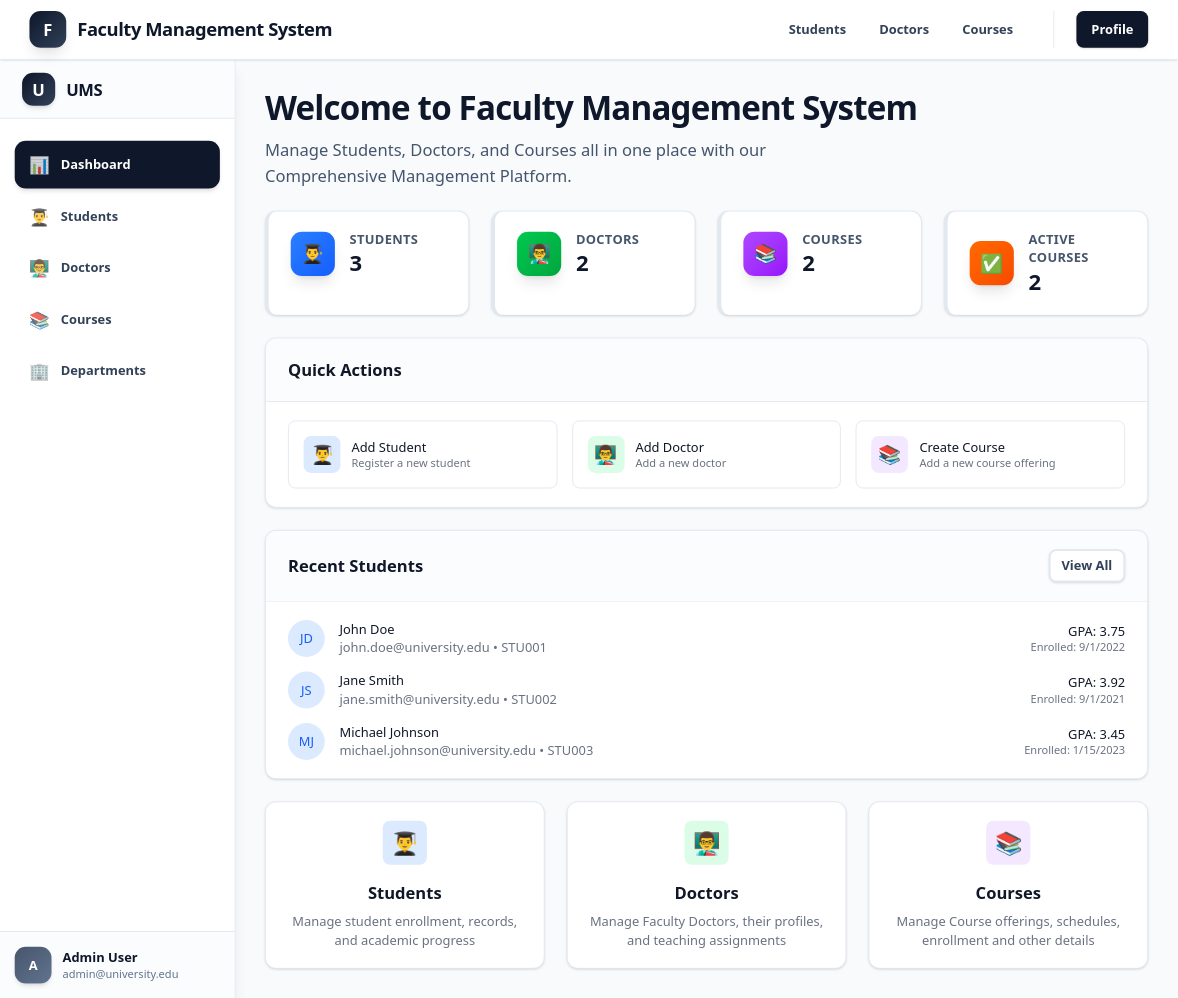
Repository: Mohamedmohsen179/Advanced-DB-Task
Page: / (app in frontend/)
These files come from the project's save history. The page is drawn as it stood at one moment and after the next save; the edit follows.
The browser window is 1280 px wide. The pictures show the whole page, at 92% of full size.
The page's requests for data from a server got no answer. The project was rebuilt for these pictures with package versions that can differ from the ones it lists, and the page was loaded fresh each time. The framework's server and built-in components were replaced by stand-ins that run in the browser. No one was signed in, and anything a server would have sent is missing. Also part of the build but not shown: frontend/next.config.ts.

Above is the page before, as saved 2025-11-28 20:07:30.

After the next save:
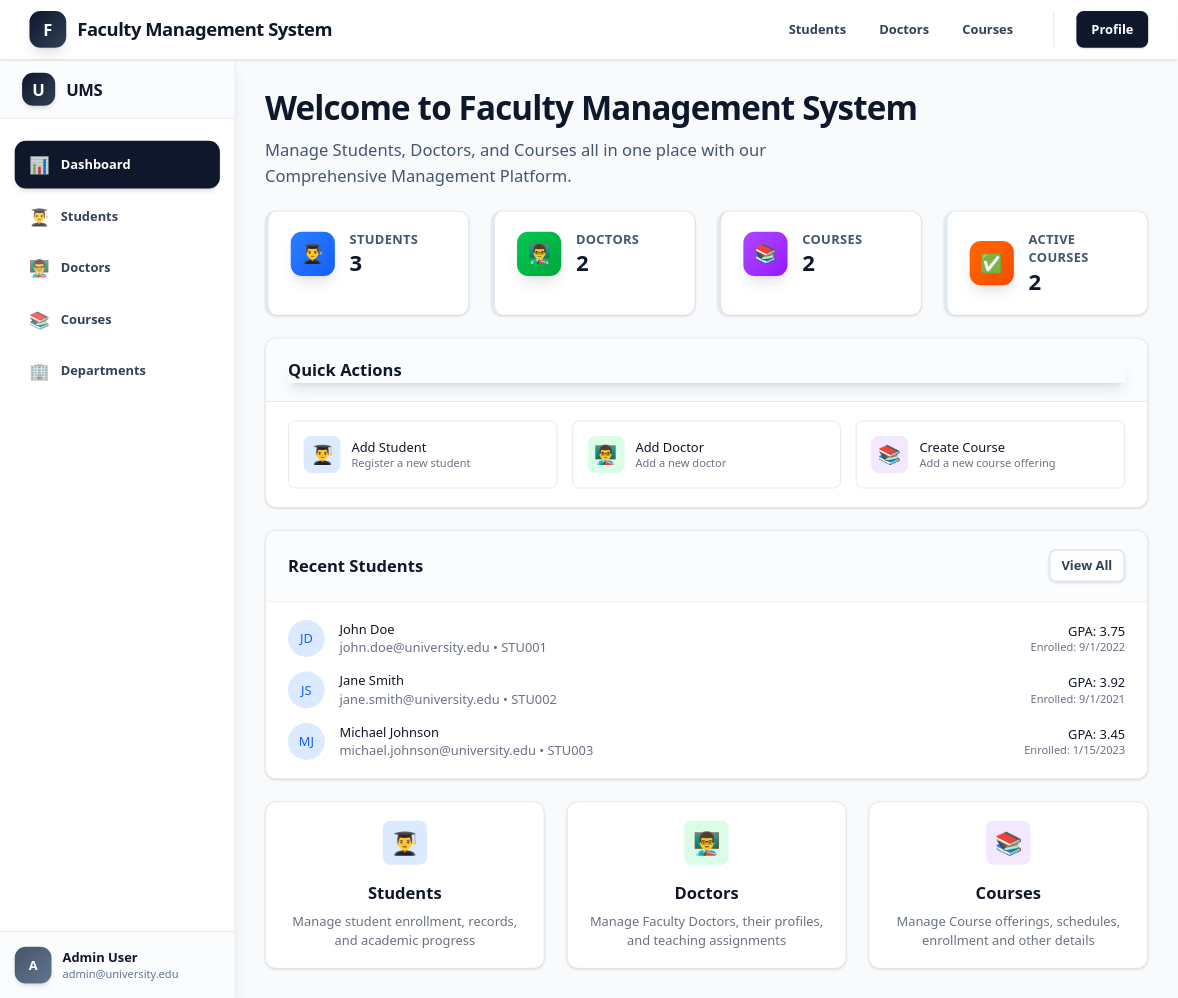
Saved 18 s later.
--- a/frontend/app/page.tsx
+++ b/frontend/app/page.tsx
@@ -139,7 +139,7 @@ export default function Home() {
       {/* Quick Actions */}
       <Card>
         <CardHeader>
-          <h2 className="text-lg font-semibold text-gray-900">Quick Actions</h2>
+          <h2 className="text-lg font-semibold text-gray-900 shadow-lg">Quick Actions</h2>
         </CardHeader>
         <CardContent>
           <div className="grid grid-cols-1 md:grid-cols-3 gap-4">
